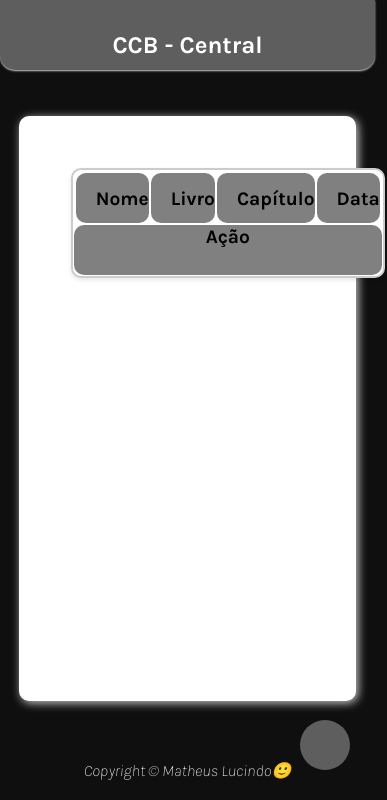
Repository: Matheus904-12/API-da-CCB
Page: index.html
These files come from the project's save history. The page is drawn as it stood at one moment and after a run of saves; the edit follows.
The browser window is 375 px wide. The page is 387 px wide, then 385 px, so the pictures cover 387 px, including what lies to the right of the window. The pictures show the whole page.

Above is the page before, as saved 2024-01-14 01:28:50.

After the next 2 saves:
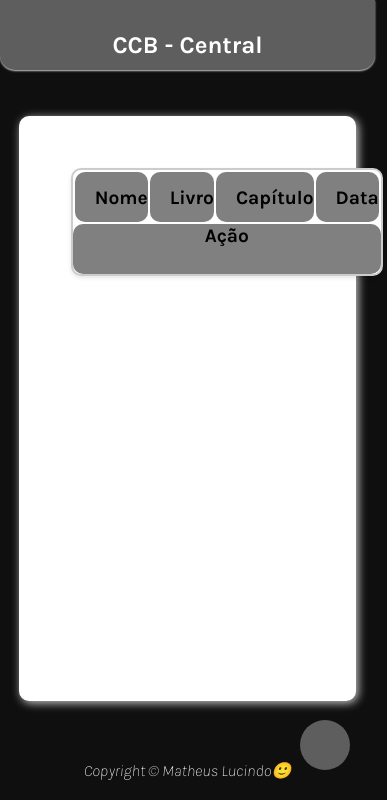
The 2 saves are shown as one change because they came seconds apart.
The last was saved 7 s later.
--- a/chat.css
+++ b/chat.css
@@ -47,7 +47,7 @@
         border: 2px solid #ccc;
         background-color: white;
         box-shadow: 0 2px 4px rgba(0, 0, 0, 0.1);
-        padding: 1px;
+        padding: 1-5px;
     }
 
     .records td {
